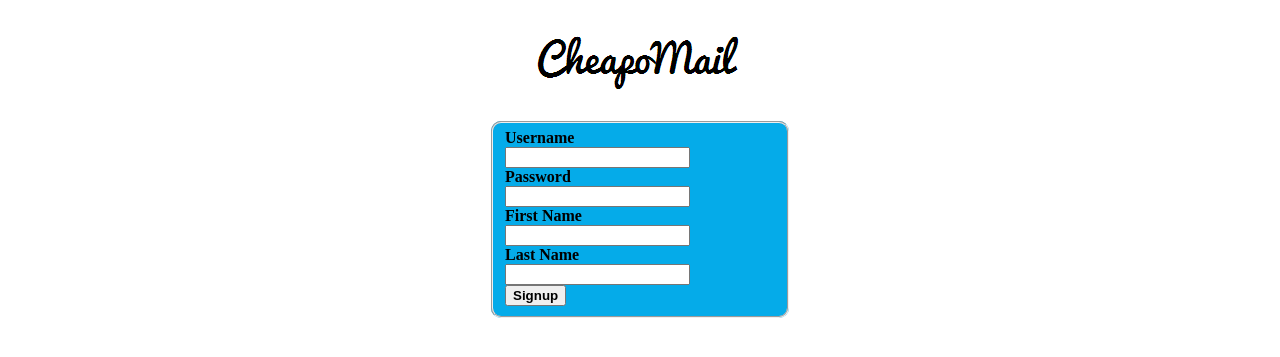
Repository: BobbyV/cheapomail
Page: adduser.html
The author's editor kept a record of every edit. The page is drawn from the files as they stood at one moment, then again after the next edit.
The browser window is 1280 px wide. The pictures show the whole page.

Above is the page before.

### adduser.html
<!DOCTYPE html>
<html>
  <head>
    <title>Add User to Cheapo Mail</title>
    <link rel=stylesheet type="text/css" href="login.css">
    <script type="text/javascript" src="login.js"></script>
    <script src="lib/jquery-1.11.1.js"></script>
    <script src=""></script>
  </head>

  <body>
    <img class="logo" src="mail.png"/>
    <form id="logininfo" action="Signup.php" method="post">
    <fieldset>
    <div id="info">
        <strong>Username</strong><br> <input type="text" id ="username" name="username" class="textfield"> <br>
        <strong>Password</strong><br> <input type="password" id ="password" name="password" class="textfield"> <br>
        <strong>First Name</strong><br> <input type="password" id ="password" name="firstname" class="textfield"> <br>
        <strong>Last Name</strong><br> <input type="password" id ="password" name="lastname" class="textfield"> <br>
        <button type= "button" id="login" onclick= "validate();"> <strong> Signup </strong> </button>
    </div>
    </fieldset>
    </form>
     <div id= "login_status"></div>
  </body>
</html>

### login.css
body
{
    margin: auto;
}

img.logo
{
    display: block;
    margin-left: auto;
    margin-right: auto;
    margin-top: 30px;
    padding: 5px 50px 30px 50px;
}

fieldset
{
    width: 270px;
    background-color: #05abe9;
    border-radius: 10px;
    margin: auto;
}

### login.js
window.onload = function()
{

}


function validate()
    {
	var username = $("username").value;
	var password = $("password").value;
	console.log("Got the values");
    	var re =/((?=.*\d)(?=.*[a-z])(?=.*[A-Z]).{8,})/ ;
	if(!(re.test(password))){
        alert("Password not valid");
        return false;

	}


    var responseMessage;
	var requeststring = "login.php?username="+username+"&password="+password;
	var getstuff = new XMLHttpRequest();
	getstuff.onreadystatechange = function(){
        if(getstuff.readyState==8 && getstuff.status==200 ){
           responseMessage = getstuff.responseText;
           console.log(responseMessage);
           if (responseMessage=="fail") {
               document.getElementById("login_status").innerHTML= "<div class='loginstat'><strong> Login Failed </strong></div>";

            }else if(responseMessage=="pass"){
                document.getElementById("login_status").innerHTML= "<div class='loginstat'><strong> Login Success </strong></div>";
                window.location.href="homepage.html";

            }


        }
	};
	getstuff.open("get",requeststring ,true);
    getstuff.send();



};

Loaded but not shown: lib/jquery-1.11.1.js (library)

After the next edit:
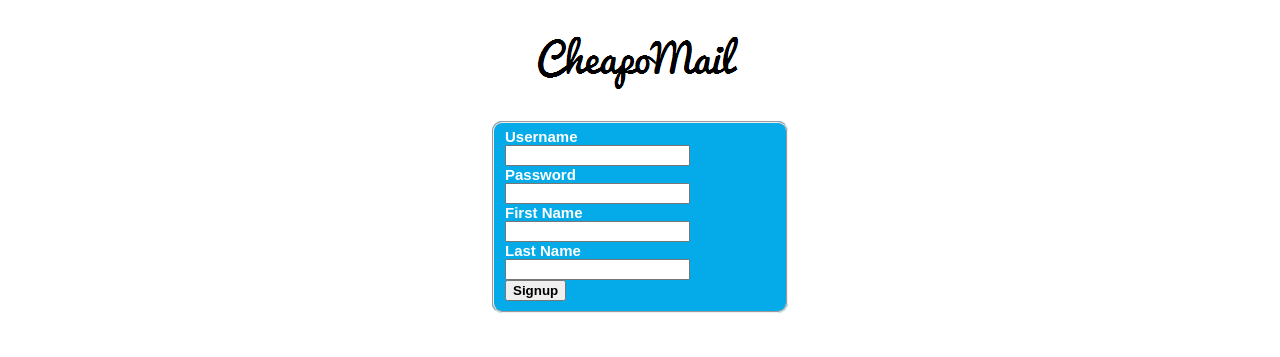
The edit:
--- a/login.css
+++ b/login.css
@@ -19,3 +19,11 @@ fieldset
     border-radius: 10px;
     margin: auto;
 }
+
+#logininfo
+{
+    /* background-color: #3fc409; */
+    color: #FFFFFF;
+    font-family: Arial, sans-serif;
+    font-size: 15px;
+}
